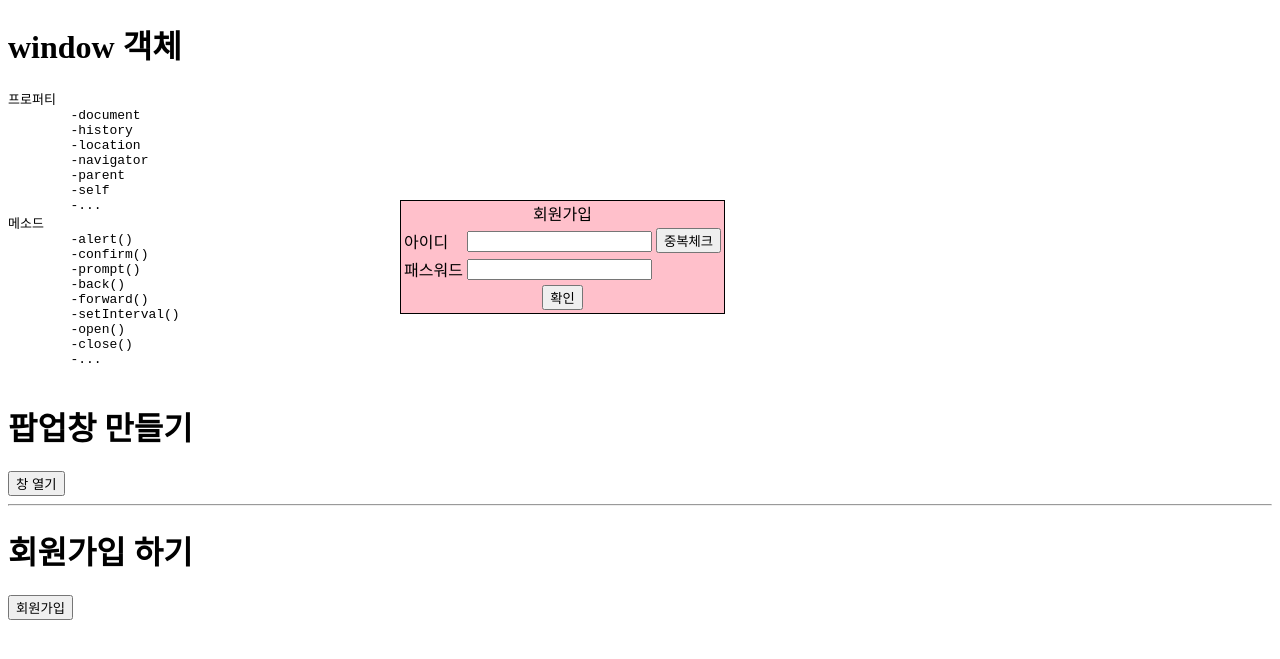
Repository: sunghyun-biblee/LearnSpace
Page: 4_UI/JS_Test/WebContent/js16_window01.html
The author's editor kept a copy of each file at every save. The page is drawn from the files as they stood at one save, then again after the next save.
The browser window is 1280 px wide. The pictures show the whole page.

Above is the page before, as saved 2023-10-26 04:05:10.

After the next save:
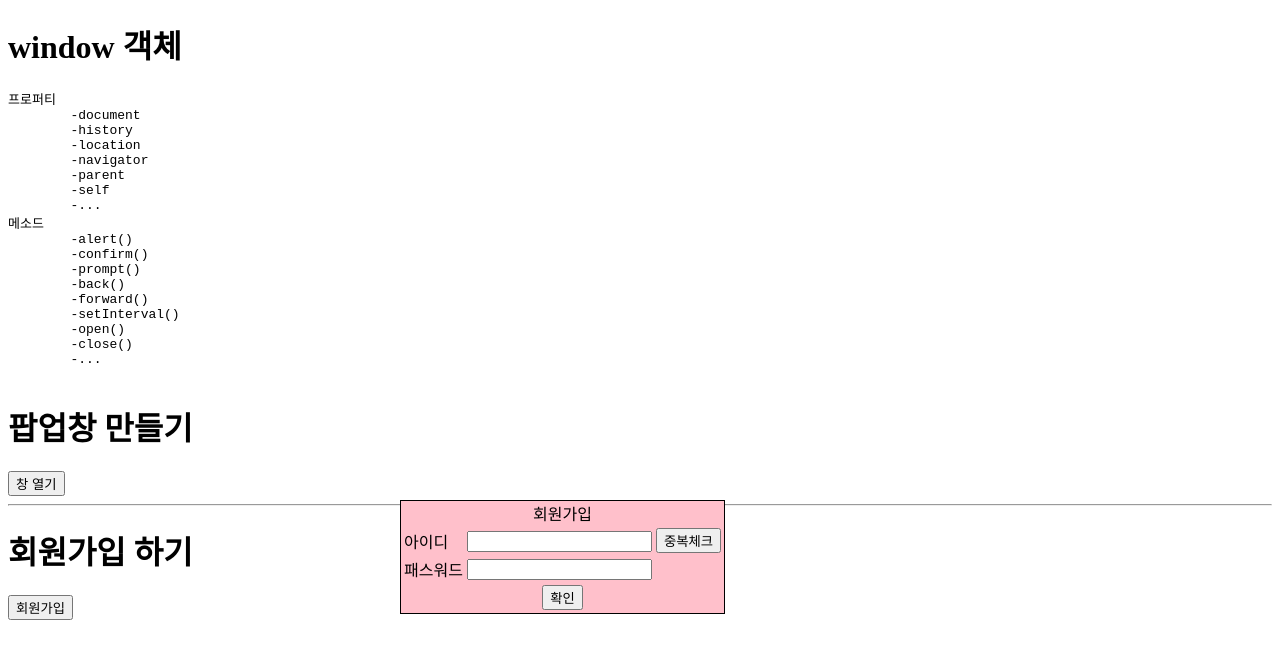
Saved 20 s later.
--- a/4_UI/JS_Test/WebContent/js16_window01.html
+++ b/4_UI/JS_Test/WebContent/js16_window01.html
@@ -8,7 +8,7 @@
 		border : 1px solid black;
 		background: pink;
 		position : absolute;
-		top: 200px;
+		top: 500px;
 		left:400px;
 	}
 </style>
